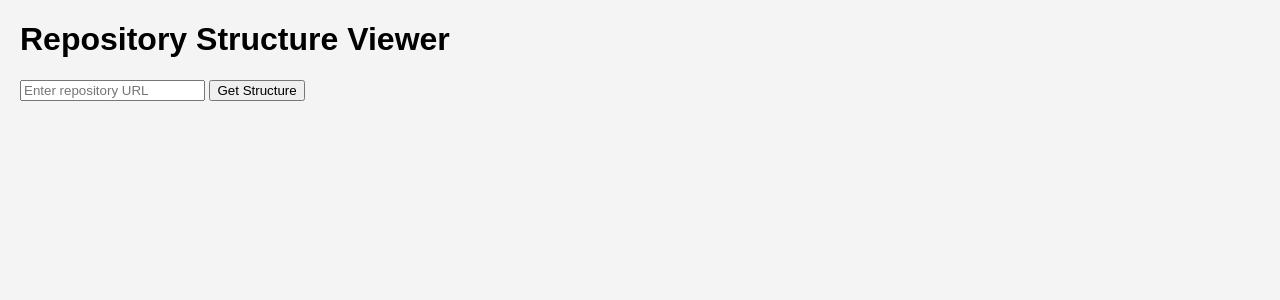
Repository: pawanpediredla/repo-web
Page: public/index.html
The author's editor kept a copy of each file at every save. The page is drawn from the files as they stood at one save, then again after the next save.
The browser window is 1280 px wide. The pictures show the whole page.

Above is the page before, as saved 2024-08-23 19:00:03.

After the next save:
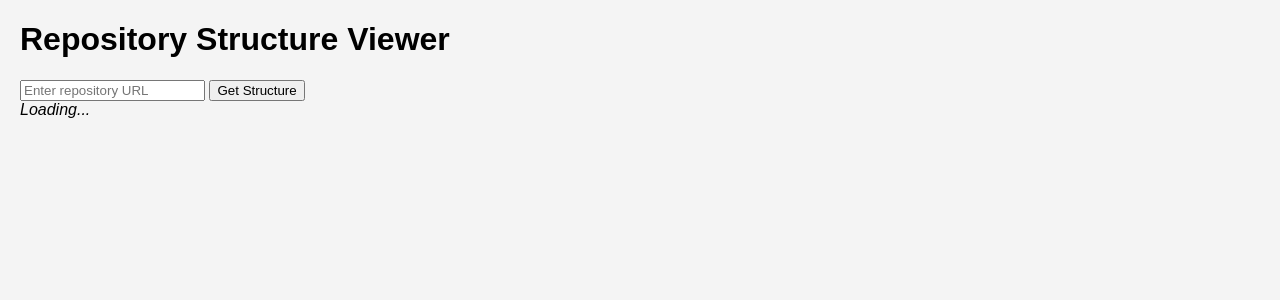
Saved 10 s later.
--- a/public/index.html
+++ b/public/index.html
@@ -14,15 +14,21 @@
         #app {
             margin: 20px;
         }
+        ul {
+            list-style-type: none;
+            padding-left: 20px;
+        }
+        li {
+            margin: 2px 0;
+        }
         .directory {
-            margin-left: 20px;
+            font-weight: bold;
         }
         .file {
             color: #555;
         }
-        .tree {
-            white-space: nowrap;
-            overflow-x: auto;
+        .loading {
+            font-style: italic;
         }
     </style>
 </head>
@@ -31,7 +37,7 @@
         <h1>Repository Structure Viewer</h1>
         <input type="text" id="repoUrl" placeholder="Enter repository URL">
         <button onclick="fetchStructure()">Get Structure</button>
-        <pre id="structure" class="tree"></pre>
+        <div id="structure" class="loading">Loading...</div>
     </div>
     <script>
         async function fetchStructure() {
@@ -39,18 +45,24 @@
             const response = await fetch(`/structure?url=${encodeURIComponent(repoUrl)}`);
             const data = await response.json();
             const structureDiv = document.getElementById('structure');
-            structureDiv.textContent = formatStructure(data, 0);
-        }
-
-        function formatStructure(nodes, depth) {
-            return nodes.map(node => {
-                const prefix = ' '.repeat(depth * 4);
-                if (node.type === 'directory') {
-                    return `${prefix}├── ${node.name}\n${formatStructure(node.children, depth + 1)}`;
-                } else {
-                    return `${prefix}├── ${node.name}`;
-                }
-            }).join('\n');
+            structureDiv.innerHTML = '';  // Clear previous content
+            const createTree = (nodes) => {
+                const ul = document.createElement('ul');
+                nodes.forEach(node => {
+                    const li = document.createElement('li');
+                    li.textContent = node.name;
+                    if (node.type === 'directory') {
+                        li.className = 'directory';
+                        li.appendChild(createTree(node.children));
+                    } else {
+                        li.className = 'file';
+                    }
+                    ul.appendChild(li);
+                });
+                return ul;
+            };
+            structureDiv.appendChild(createTree(data));
+            structureDiv.classList.remove('loading');
         }
     </script>
 </body>
